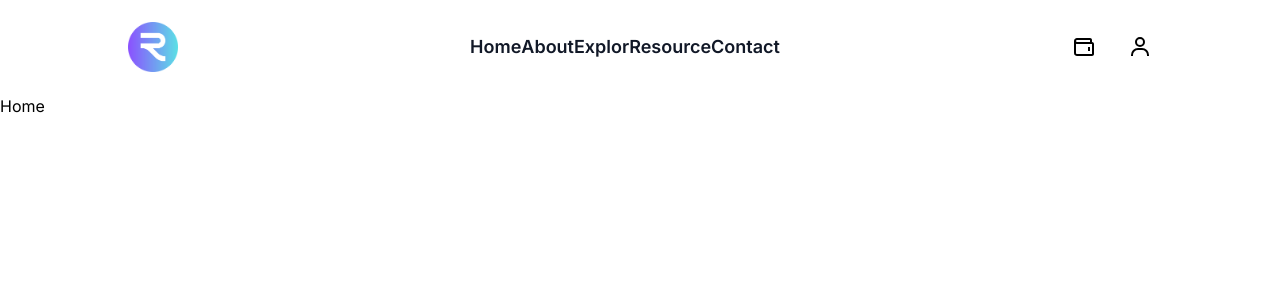
Repository: longblue2910/rimdasilva-ui
Page: /
An editor plug-in stored every save of this project. The page is shown before and after the next save, followed by the edit.
The browser window is 1280 px wide. The pictures show the whole page.
The project was rebuilt for these pictures with package versions that can differ from the ones it lists, and the page was loaded fresh each time. The framework's server and built-in components were replaced by stand-ins that run in the browser. Also part of the build but not shown: next.config.mjs.

Above is the page before, as saved 2024-08-09 16:11:44.

After the next save:
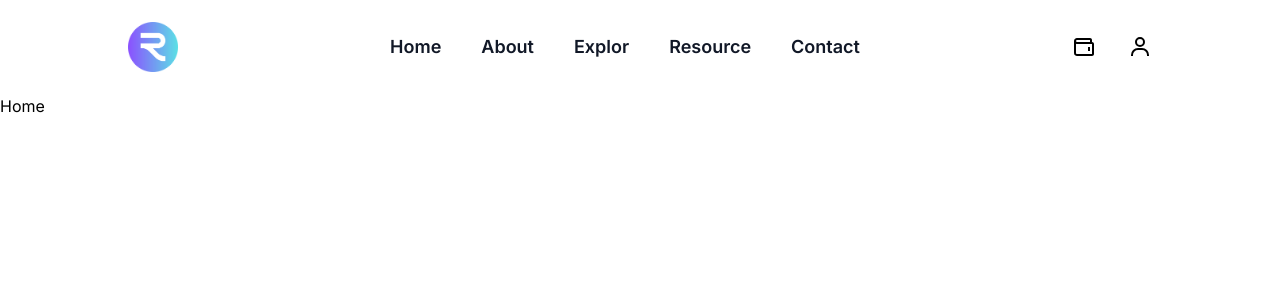
Saved 54 s later.
--- a/components/Home/Navbar/Nav.tsx
+++ b/components/Home/Navbar/Nav.tsx
@@ -23,7 +23,7 @@ const Nav = ({ openNav }: Props) => {
         />
 
         {/* Nav Links */}
-        <div className="lg:flex hidden items-center">
+        <div className="lg:flex hidden items-center space-x-10">
           {navLinks.map((link) => {
             return (
               <Link href={link.url} key={link.id}>
